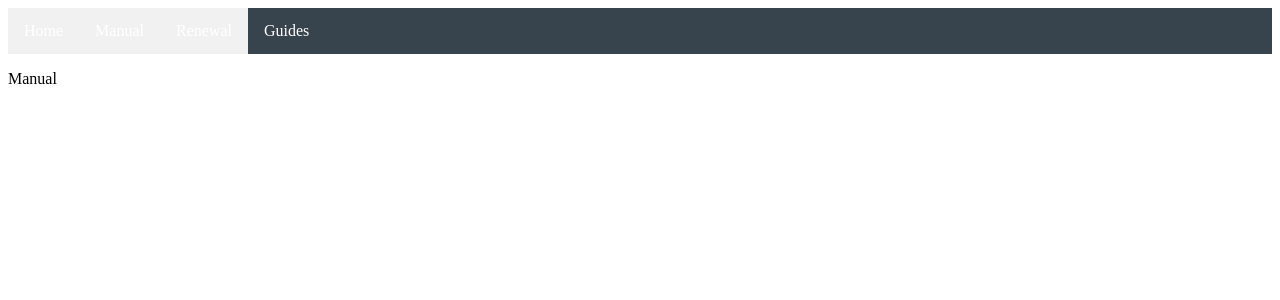
Repository: muesinga/ticketoffice-dot-info
Page: guides/manual.html
These files come from the project's save history. The page is drawn as it stood at one moment and after the next save; the edit follows.
The browser window is 1280 px wide. The pictures show the whole page.

Above is the page before, as saved 2022-06-07 15:01:11.
Console error: TypeError: Cannot read properties of null (reading 'getElementsByClassName')

After the next save:
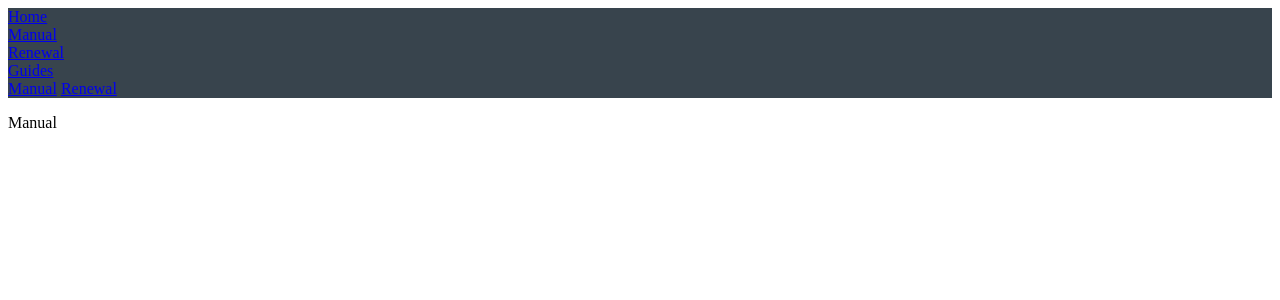
Saved 6 s later.
--- a/style/style.css
+++ b/style/style.css
@@ -5,7 +5,7 @@
   overflow: hidden;
   background-color: #38444d;
 }
-.navlink {
+/* .navlink {
   border: none;
   outline: none;
   padding: 14px 16px;
@@ -55,4 +55,4 @@
 
 .dropdown:hover .dropdown-content {
   display: block;
-}
+} */

After the save that followed:
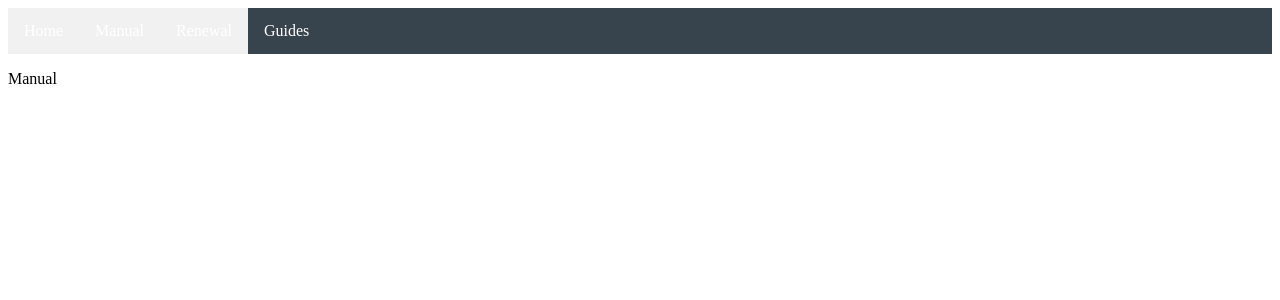
Saved 5 s later.
--- a/style/style.css
+++ b/style/style.css
@@ -5,7 +5,7 @@
   overflow: hidden;
   background-color: #38444d;
 }
-/* .navlink {
+.navlink {
   border: none;
   outline: none;
   padding: 14px 16px;
@@ -55,4 +55,4 @@
 
 .dropdown:hover .dropdown-content {
   display: block;
-} */
+}
